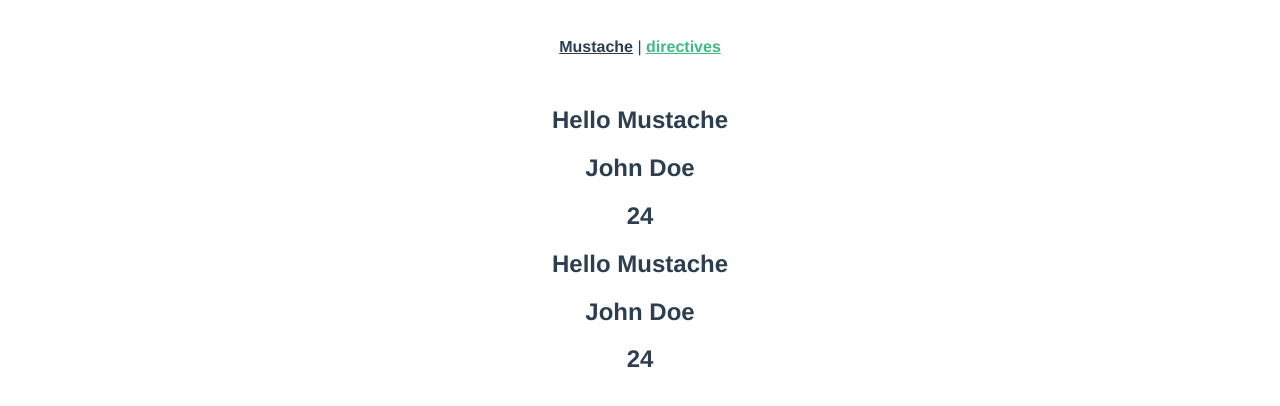
Repository: yeyanghui0616/my-vue2-learning
Page: /directives
An editor plug-in stored every save of this project. The page is shown before and after a run of saves, followed by the edit.
The browser window is 1280 px wide. The pictures show the whole page.
The project was rebuilt for these pictures with package versions that can differ from the ones it lists, and the page was loaded fresh each time. Also part of the build but not shown: src/views/Mustache.vue.

Above is the page before, as saved 2023-08-30 21:18:25.

After the next 4 saves:
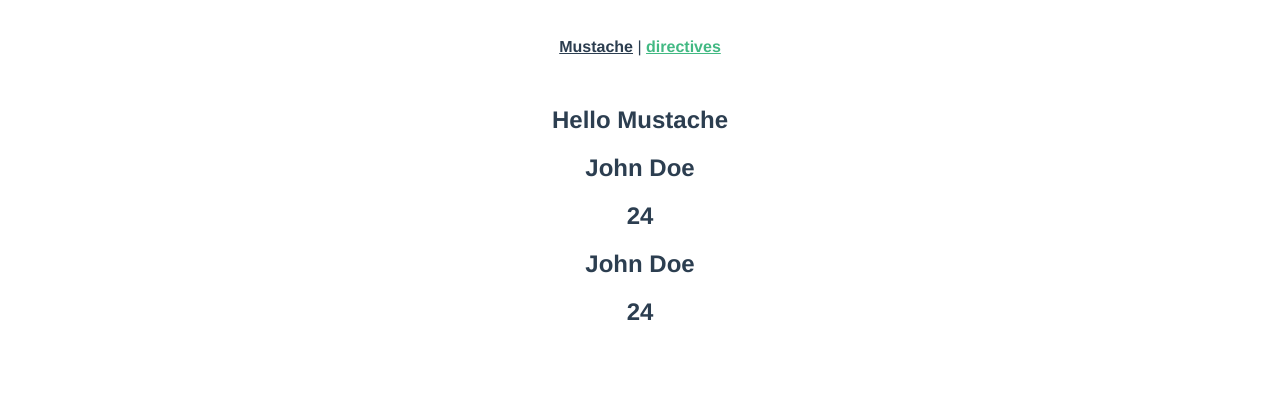
The 4 saves are shown as one change because they came seconds apart.
The last was saved 18 s later.
--- a/src/views/directives.vue
+++ b/src/views/directives.vue
@@ -5,7 +5,7 @@
 		<h2>{{ firstName }} {{ lastName }}</h2>
 		<h2>{{ counter * 2 }}</h2>
 		<!-- TODO v-html -->
-		<h2>Hello {{ name }}</h2>
+		<h2>{{ link }}</h2>
 		<h2>{{ firstName }} {{ lastName }}</h2>
 		<h2>{{ counter * 2 }}</h2>
 	</div>
